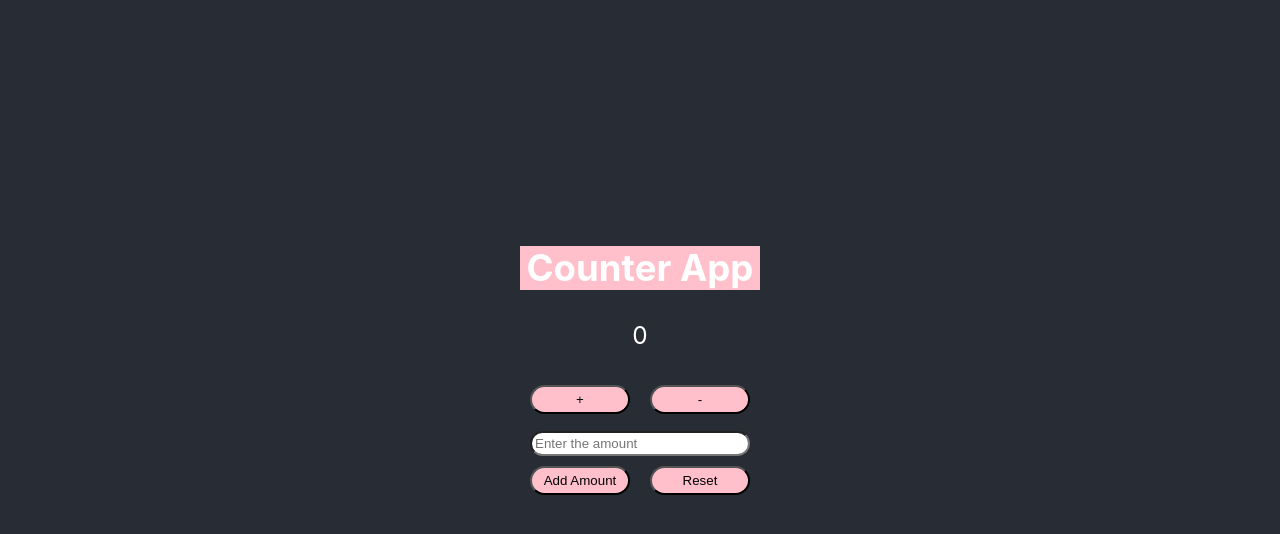
Repository: mahsa199170/React-Redux-Projects
Page: / (app in counter-app-redux-toolkit/)
These files come from the project's save history. The page is drawn as it stood at one moment and after a run of saves; the edit follows.
The browser window is 1280 px wide. The pictures show the whole page.
The project was rebuilt for these pictures with package versions that can differ from the ones it lists, and the page was loaded fresh each time.

Above is the page before, as saved 2024-10-28 15:26:31.

### counter-app-redux-toolkit/src/index.js
import React from 'react';
import ReactDOM from 'react-dom/client';
import './index.css';
import App from './App';
import { Provider } from 'react-redux';
import store from './store';

const root = ReactDOM.createRoot(document.getElementById('root'));
root.render(
  <React.StrictMode>
    <Provider store={store}>
      <App />
    </Provider>
  </React.StrictMode>
);

### counter-app-redux-toolkit/src/App.js
import './App.css';
import Counter from './components/counter/Counter';

function App() {
  return (
    <div className="App">
      <header className="App-header">
        <Counter />
      </header>
    </div>
  );
}

export default App;

### counter-app-redux-toolkit/src/store.js
import { configureStore, combineReducers } from '@reduxjs/toolkit';
import countReducer from './slice/counterSlice';

const rootReducer = combineReducers({
  counter: countReducer,
});

const store = configureStore({
  reducer: rootReducer,
});

export default store;

### counter-app-redux-toolkit/src/components/counter/Counter.js
import React, { useState } from 'react';
import { useDispatch, useSelector } from 'react-redux';
import {
  countSelector,
  DECREMENT_BY_ONE,
  INCREMENET_BY_ONE,
  INCREMENT_BY_AN_AMOUNT,
  RESET_AMOUNT,
} from '../../slice/counterSlice';
import './Counter.scss';

const Counter = () => {
  const [inputNumber, setInputNumber] = useState('');
  const number = useSelector(countSelector);

  const dispatch = useDispatch();

  const handleIncrement = () => {
    dispatch(INCREMENET_BY_ONE());
  };
  const handleDecrement = () => {
    dispatch(DECREMENT_BY_ONE());
  };

  const addAmount = () => {
    dispatch(INCREMENT_BY_AN_AMOUNT(Number(inputNumber) || 0));
    setInputNumber('');
  };

  const handleReset = () => {
    setInputNumber('');
    dispatch(RESET_AMOUNT());
  };

  return (
    <section>
      <h1 style={{ backgroundColor: 'pink' }}>Counter App</h1>
      <p>{number}</p>
      <div>
        <button className="btn" onClick={handleIncrement}>
          +
        </button>
        <button className="btn" onClick={handleDecrement}>
          -
        </button>
      </div>
      <div>
        <input
          type="text"
          placeholder="Enter the amount"
          value={inputNumber}
          onChange={(e) => setInputNumber(e.target.value)}
        />
      </div>
      <div>
        <button className="btn btn-dowm" onClick={addAmount}>
          Add Amount
        </button>
        <button className="btn btn-dowm" onClick={handleReset}>
          Reset{' '}
        </button>
      </div>
    </section>
  );
};

export default Counter;

### counter-app-redux-toolkit/src/slice/counterSlice.js
import { createSlice } from '@reduxjs/toolkit';

const initialState = {
  count: 0,
};

const counterSlice = createSlice({
  name: 'counter',
  initialState,
  reducers: {
    INCREMENET_BY_ONE: (state, action) => {
      state.count += 1;
    },
    DECREMENT_BY_ONE: (state, action) => {
      state.count -= 1;
    },
    INCREMENT_BY_AN_AMOUNT: (state, action) => {
      state.count += action.payload;
    },
    RESET_AMOUNT: (state, action) => {
      state.count = 0;
    },
  },
});

export const countSelector = (state) => state.counter.count;
export const {
  INCREMENET_BY_ONE,
  DECREMENT_BY_ONE,
  INCREMENT_BY_AN_AMOUNT,
  RESET_AMOUNT,
} = counterSlice.actions;

export default counterSlice.reducer;

### counter-app-redux-toolkit/src/components/counter/Counter.scss
.btn {
  background-color: pink;
  padding: 5px;
  margin: 10px;
  width: 100px;
  border-radius: 50px;
}

input {
  width: 210px;
  border-radius: 50px;
  padding: 3px;
}

.btn-down {
  margin-top: 10px !important;
}

Loaded but not shown: counter-app-redux-toolkit/public/index.html (common file); counter-app-redux-toolkit/src/index.css (common file); counter-app-redux-toolkit/src/App.css (common file)

After the next 2 saves:
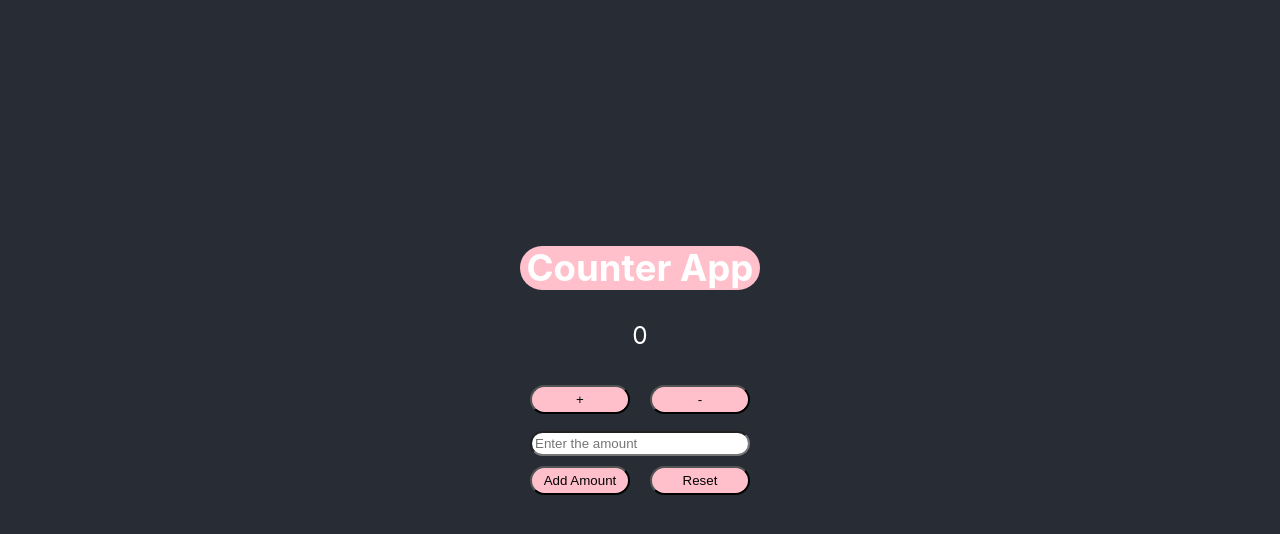
The 2 saves are shown as one change because they came seconds apart.
The last was saved 23 s later.
--- a/counter-app-redux-toolkit/src/components/counter/Counter.js
+++ b/counter-app-redux-toolkit/src/components/counter/Counter.js
@@ -34,7 +34,9 @@ const Counter = () => {
 
   return (
     <section>
-      <h1 style={{ backgroundColor: 'pink' }}>Counter App</h1>
+      <h1 style={{ backgroundColor: 'pink ', borderRadius: '50px' }}>
+        Counter App
+      </h1>
       <p>{number}</p>
       <div>
         <button className="btn" onClick={handleIncrement}>
